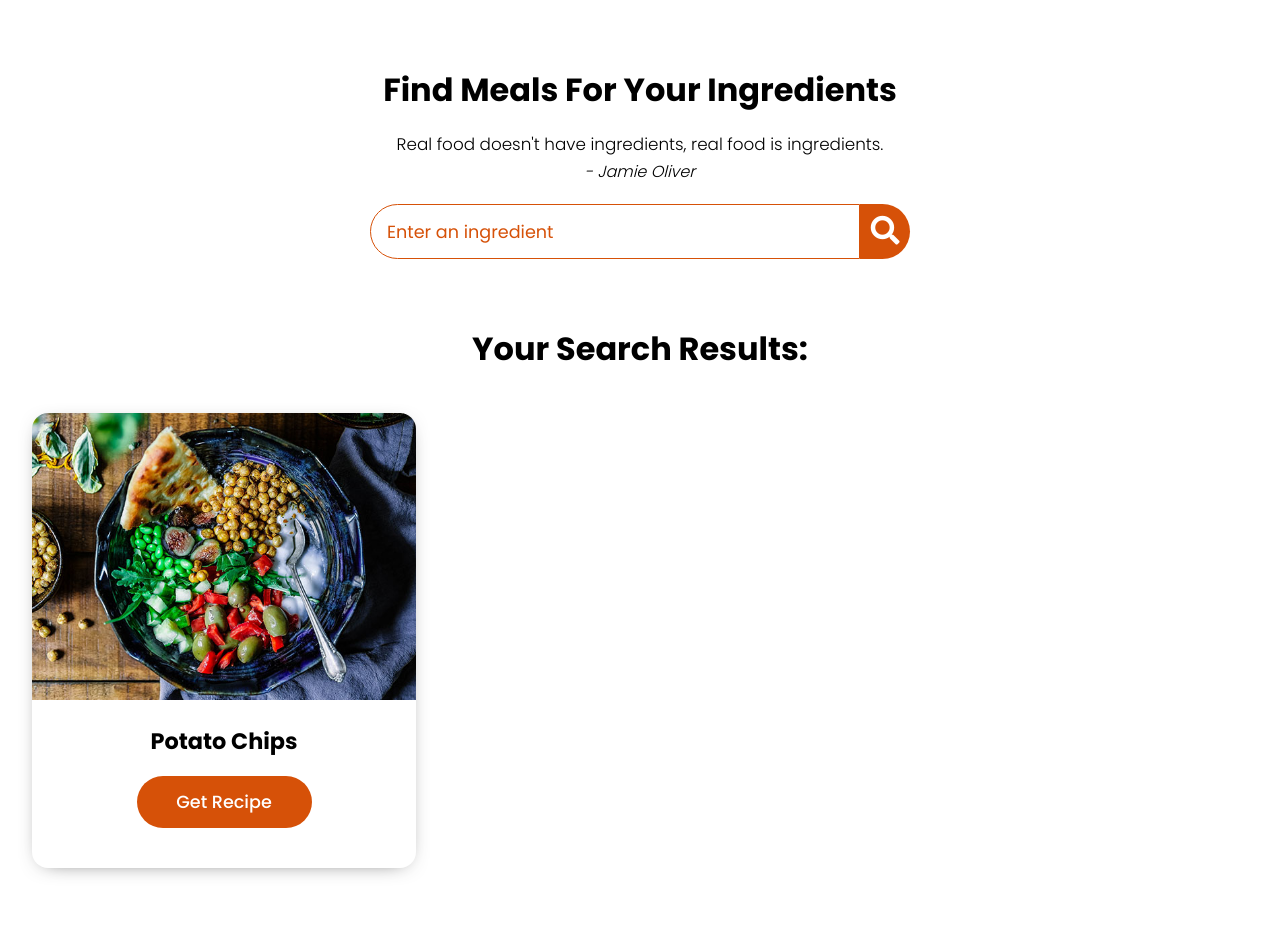
Repository: andrewhuynh561/javascipt
Page: Day 1/index.html
An editor plug-in stored every save of this project. The page is shown before and after the next save, followed by the edit.
The browser window is 1280 px wide. The pictures show the whole page.

Above is the page before, as saved 2023-05-19 20:18:39.

After the next save:
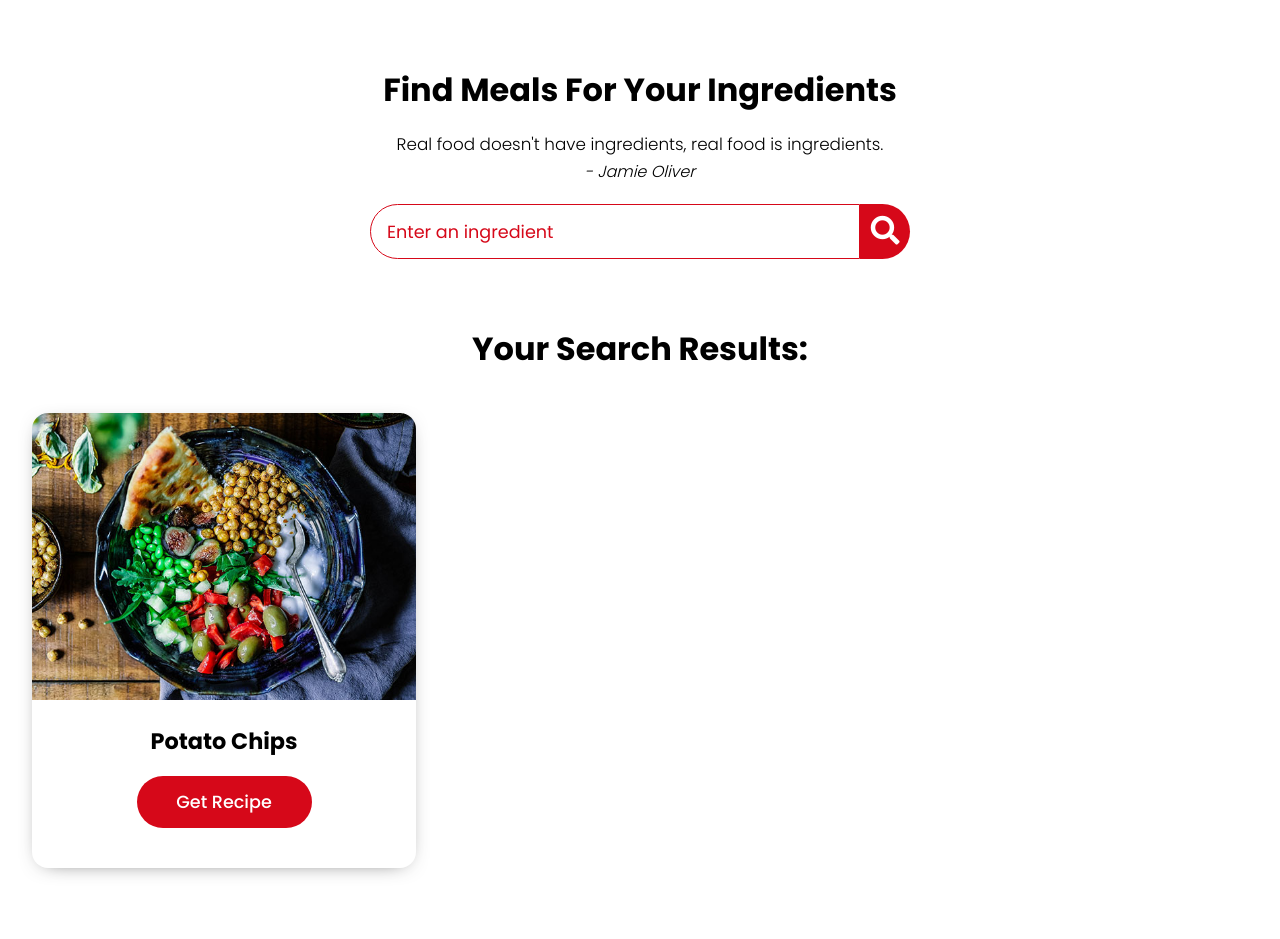
Saved 58 s later.
--- a/Day 1/style.css
+++ b/Day 1/style.css
@@ -6,7 +6,7 @@
     box-sizing: border-box;
 }
 :root{
-    --tenne-tawny: #d65108;
+    --tenne-tawny: #d60819;
     --tenne-tawny-dark: #b54507;
 }
 body{
